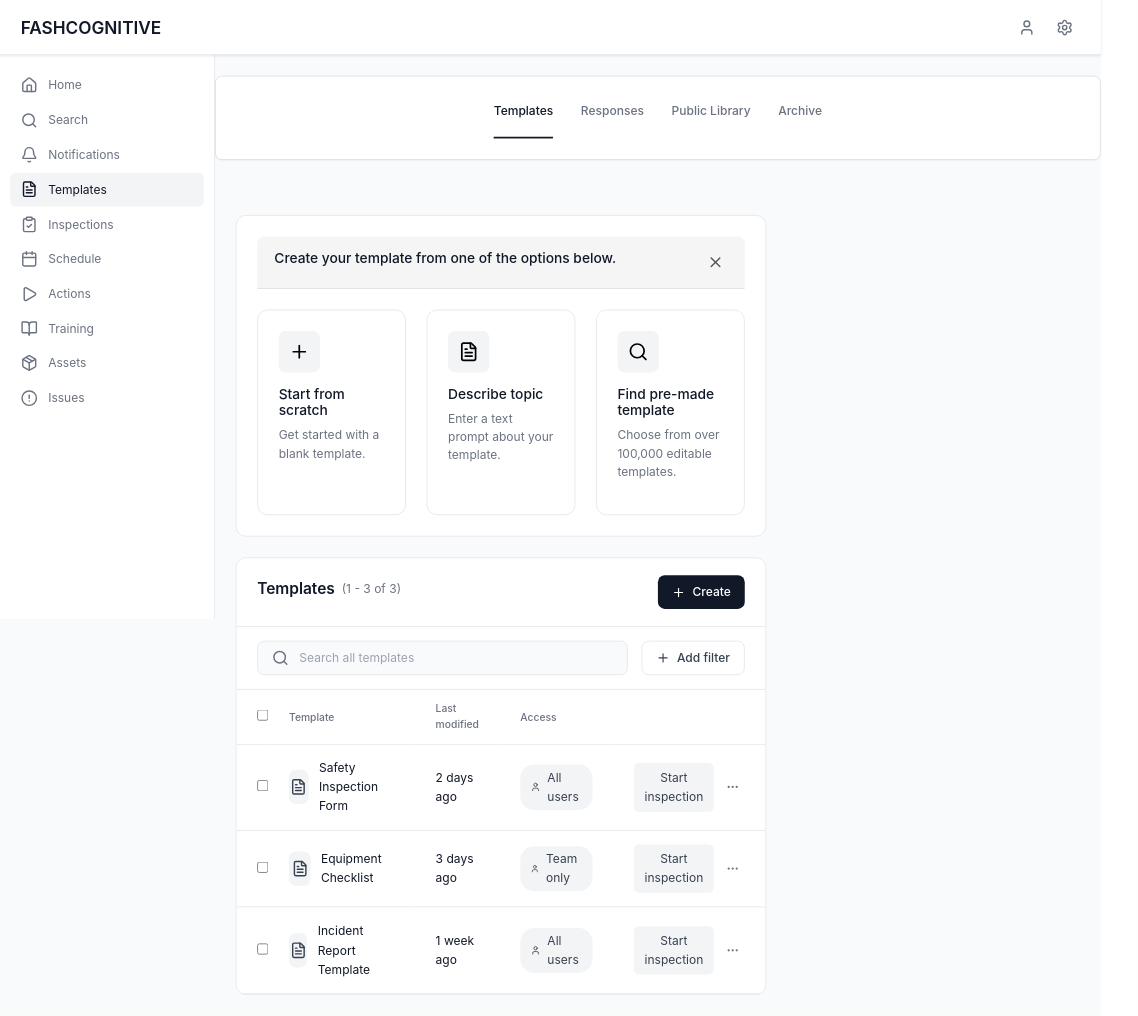
Repository: loganand612/fashcognitive-intern
Page: /template (app in fash/)
An editor plug-in stored every save of this project. The page is shown before and after the next save, followed by the edit.
The browser window is 1280 px wide. The page is 1323 px wide, then 1280 px, so the pictures cover 1323 px, including what lies to the right of the window. The pictures show the whole page, at 86% of full size.
The project was rebuilt for these pictures with package versions that can differ from the ones it lists, and the page was loaded fresh each time. Also part of the build but not shown: fash/src/pages/Login.css, fash/src/pages/Register.css, fash/src/pages/Home.tsx, fash/src/pages/Login.tsx, fash/src/pages/Register.tsx, fash/src/pages/Home2.tsx, fash/src/pages/Create_template.tsx, fash/src/pages/Dashboard.tsx. Imported but missing from the stored project, and not drawn on this page: fash/src/pages/assets/head1.mp4.

Above is the page before, as saved 2025-04-12 18:20:36.

After the next save:
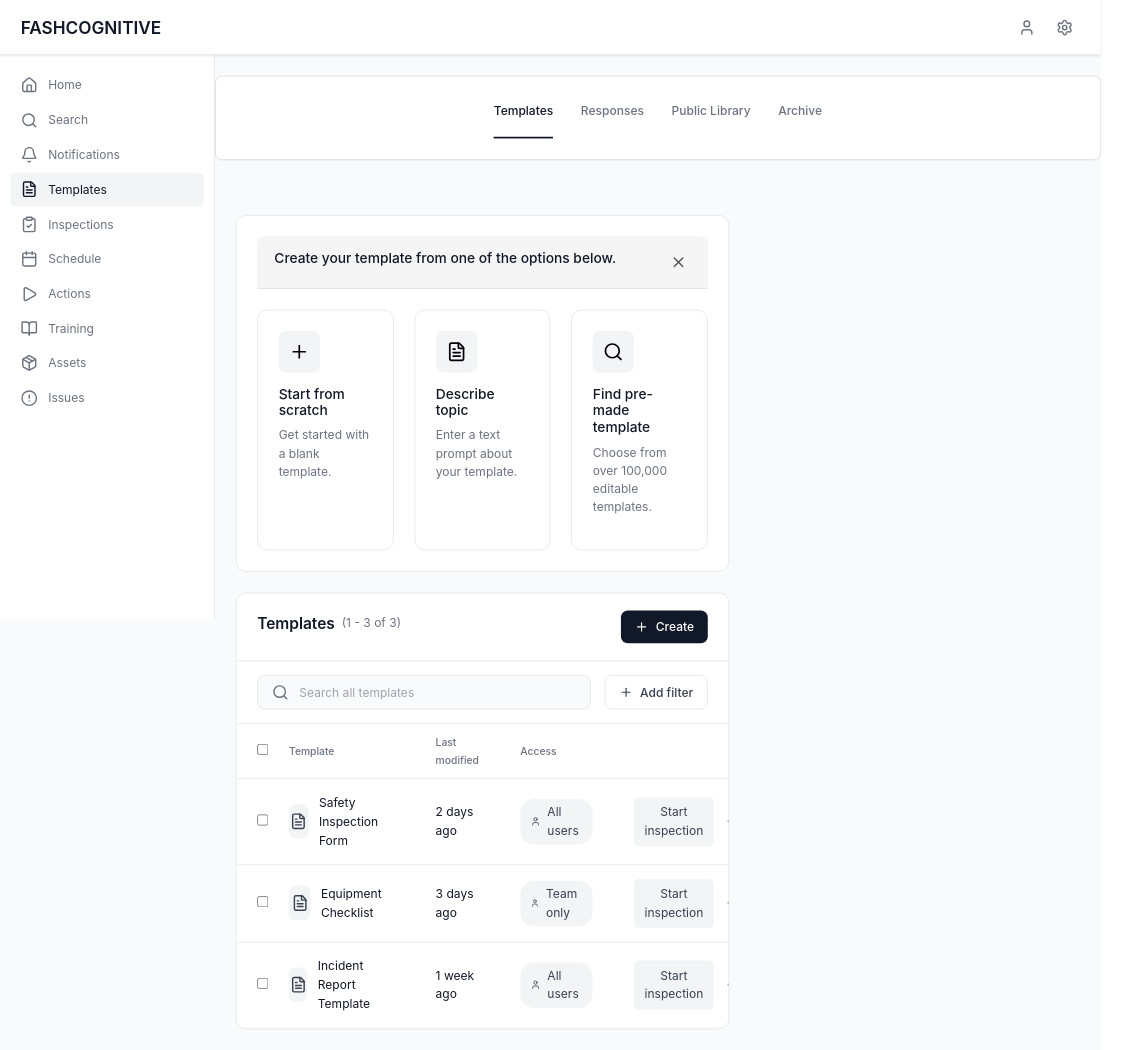
Saved 25 s later.
--- a/fash/src/pages/Template.css
+++ b/fash/src/pages/Template.css
@@ -149,8 +149,10 @@
 
 .template-content {
   max-width: 1200px;
+  width: 100%;
   margin: 0 auto;
   padding: 16px 32px;
+  flex: 1;
 }
 
 /* Creation Section */
